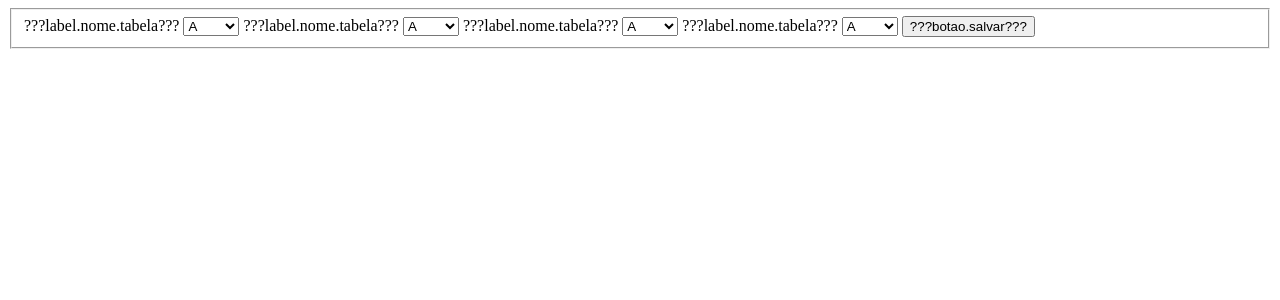
Repository: jonathansds/GIT_Metro-Londres
Page: http://localhost/Metro-Londres/WEB-INF/jsp/dados/trajeto.jsp
The author's editor kept a copy of each file at every save. The page is drawn from the files as they stood at one save, then again after the next save.
The browser window is 1280 px wide. The pictures show the whole page.
The page is served by Tomcat 9. Nobody is signed in. The template is opened directly, without the code that normally fills it, so the values that code supplies are empty.

Above is the page before, as saved 2014-05-13 17:15:53.

After the next save:
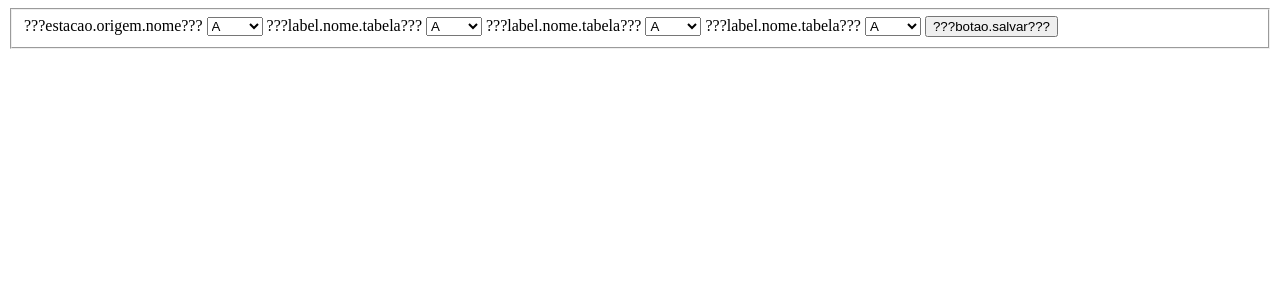
Saved 3 min 25 s later.
--- a/Workspace_Metro-Londres/Metro-Londres/WebContent/WEB-INF/jsp/dados/trajeto.jsp
+++ b/Workspace_Metro-Londres/Metro-Londres/WebContent/WEB-INF/jsp/dados/trajeto.jsp
@@ -11,7 +11,7 @@
 	<body>
 		<form action="<c:url value='/definir' />" method="post">
 			<fieldset>
-				<label for="estacao1"><fmt:message key='label.nome.tabela' /></label>
+				<label for="estacao1"><fmt:message key='estacao.origem.nome' /></label>
 				<select id="estacao1" name="estacaoOrigem">
 				    <option value="A">A</option>
 				    <option value="B">A</option>
